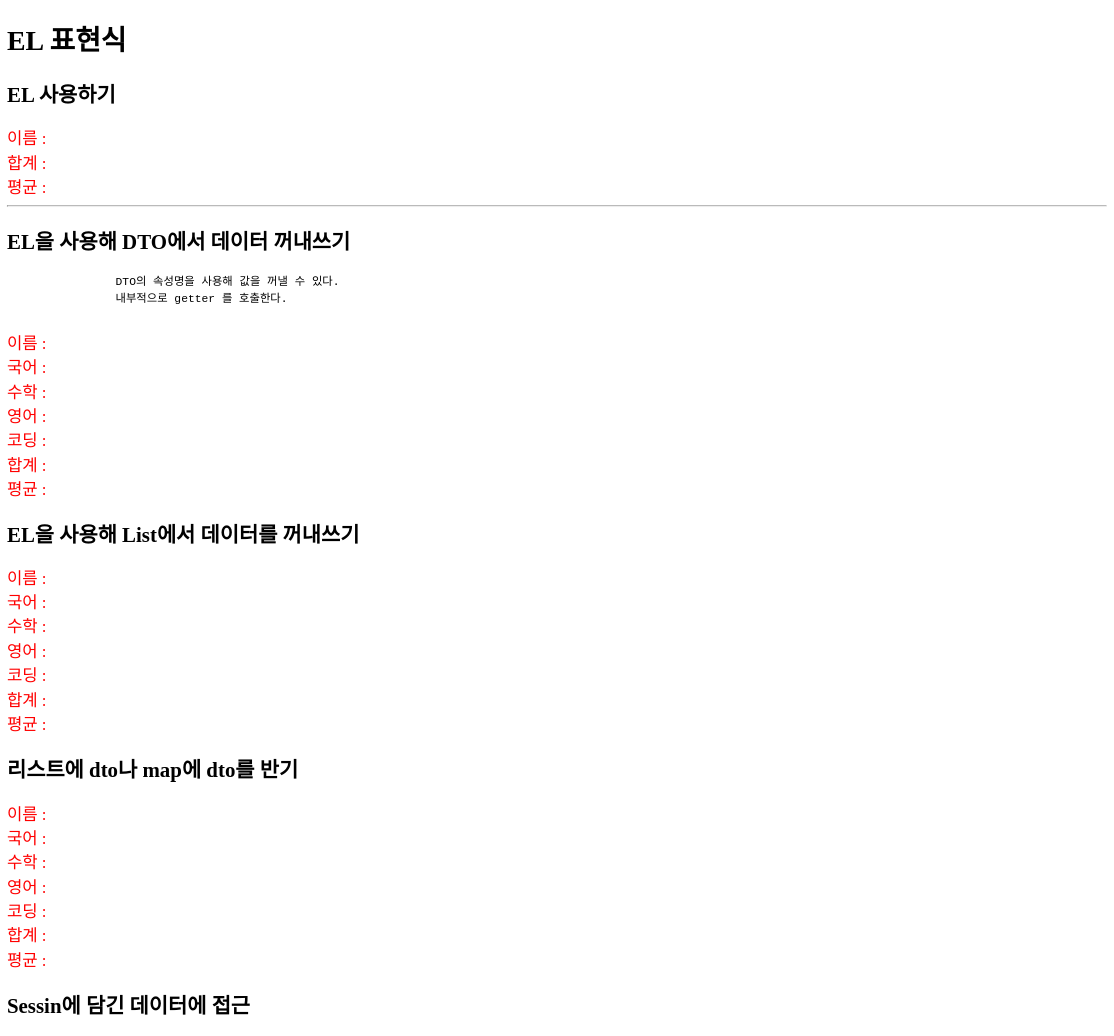
Repository: vaynel/StudyFile
Page: http://localhost/spring04_jsp/WEB-INF/views/el-jstl/el.jsp
The author's editor kept a copy of each file at every save. The page is drawn from the files as they stood at one save, then again after the next save.
The browser window is 1280 px wide. The pictures show the whole page, at 87% of full size.
The page is served by Tomcat 9. Nobody is signed in. Other server files are loaded and not shown. The template is opened directly, without the code that normally fills it, so the values that code supplies are empty.

Above is the page before, as saved 2023-01-20 00:39:57.

### H_spring/spring04_jsp/WebContent/WEB-INF/views/el-jstl/el.jsp
<%@ page language="java" contentType="text/html; charset=UTF-8"
    pageEncoding="UTF-8"%>
<!DOCTYPE html>
<html>
<head>
<meta charset="UTF-8">
<title>Insert title here</title>
<style type="text/css">
	span{
		display: block;
		font-size:1.5vw;
		color:red;
	}
</style>
</head>
<body>
	<h1>EL 표현식</h1>
	<%--
		el표기법 : 자바 bean 객체의 속성을 편하게 사용하기 위해 제공되는 표현식

		${} : 객체 프로퍼티에서 값을 꺼낼 때 사용.
		#{} : 객체 프로퍼티에 값을 넣을 때 사용.


		el표현식에서 제공되는 reference

		requestScope : request 객체의 attribute에 저장된 값에 접근
		sessionScope : session 객체의 attribute에 저장된 값에 접근
		applicationScope : servletContext 객체의 attribute에 저장된 값에 접근
		param 		: request의 요청파라미터에 접근
		paramValues : 같은 이름의 요청파라미터에 값이 여러개 있을 경우 배열로 요청파라미터값을 받아올 수 있다.
		cookie		: request의 Cookie에 접근

		만약 requestScope, sessionScope, applicationScope를 지정하여 스코프를 명시하지 않을 경우
		page 스코프부터 속성값을 탐색한다.

	 --%>

	 <h2>EL 사용하기</h2>
	 <span>이름 : ${user}</span>
	 <span>합계 : ${sum}</span>
	 <span>평균 : ${avg}</span>

	<hr>

	<h2>EL을 사용해 DTO에서 데이터 꺼내쓰기</h2>
	<pre>
		DTO의 속성명을 사용해 값을 꺼낼 수 있다.
		내부적으로 getter 를 호출한다.
	</pre>
	<span>이름 : ${std.name}</span>
	<span>국어 : ${std.kor}</span>
	<span>수학 : ${std.math}</span>
	<span>영어 : ${std.eng}</span>
	<span>코딩 : ${std.coding}</span>
	<span>합계 : ${std.sum}</span>
	<span>평균 : ${std.avg}</span>


	<h2>EL을 사용해 List에서 데이터를 꺼내쓰기</h2>
	<span>이름 : ${students[0].name}</span>
	<span>국어 : ${students[0].kor}</span>
	<span>수학 : ${students[0].math}</span>
	<span>영어 : ${students[0].eng}</span>
	<span>코딩 : ${students[0].coding}</span>
	<span>합계 : ${students[0].sum}</span>
	<span>평균 : ${students[0].avg}</span>

	<h2>리스트에 dto나 map에 dto를 반기</h2>
	<span>이름 : ${objs[0].name}</span>
	<span>국어 : ${objs[0].kor}</span>
	<span>수학 : ${objs[0].math}</span>
	<span>영어 : ${objs[0].eng}</span>
	<span>코딩 : ${objs[0].coding}</span>
	<span>합계 : ${objs[0].sum}</span>
	<span>평균 : ${objs[0].avg}</span>


	<h2>Sessin에 담긴 데이터에 접근</h2>
	<span>${session}</span>
	<span>${std}</span>










</body>
</html>

After the next save:
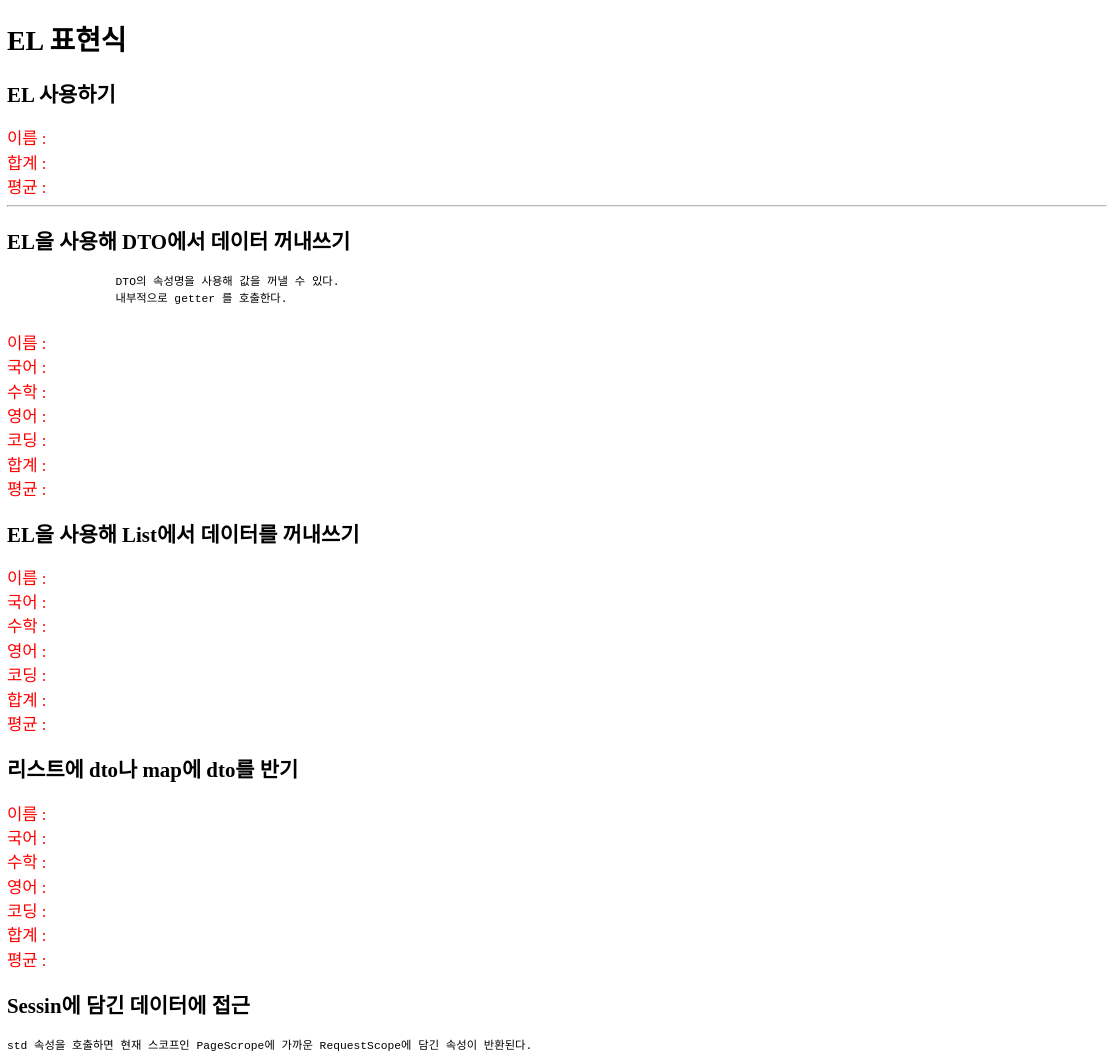
Saved 44 s later.
--- a/H_spring/spring04_jsp/WebContent/WEB-INF/views/el-jstl/el.jsp
+++ b/H_spring/spring04_jsp/WebContent/WEB-INF/views/el-jstl/el.jsp
@@ -78,6 +78,7 @@
 
 	<h2>Sessin에 담긴 데이터에 접근</h2>
 	<span>${session}</span>
+	<pre>std 속성을 호출하면 현재 스코프인 PageScrope에 가까운 RequestScope에 담긴 속성이 반환된다.</pre>
 	<span>${std}</span>
 
 
